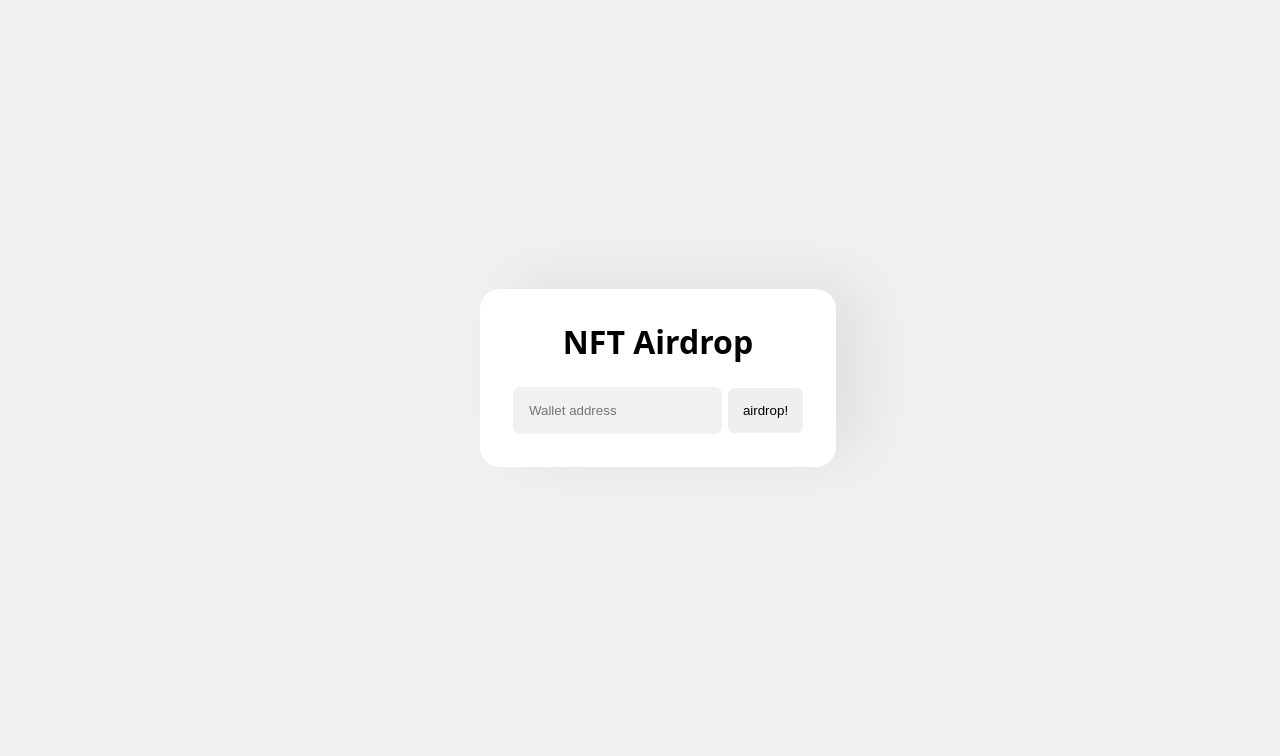
Repository: langf00rd/nft-airdropper
Page: /
The author's editor kept a copy of each file at every save. The page is drawn from the files as they stood at one save, then again after the next save.
The browser window is 1280 px wide. The pictures show the whole page.
The project was rebuilt for these pictures with package versions that can differ from the ones it lists, and the page was loaded fresh each time.

Above is the page before, as saved 2022-07-15 17:23:24.

After the next save:
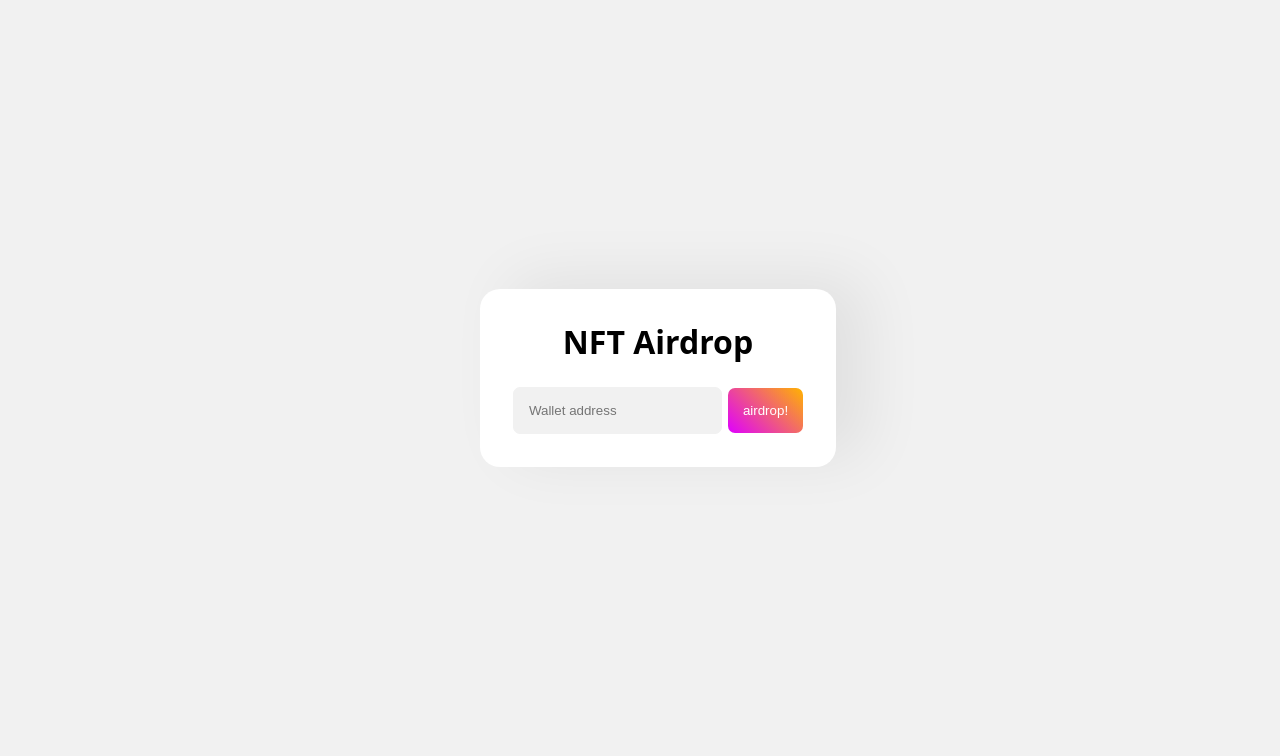
Saved 70 s later.
--- a/src/index.css
+++ b/src/index.css
@@ -42,4 +42,6 @@ input {
 
 button {
   cursor: pointer;
+  color: #fff;
+  background: linear-gradient(45deg, #df00ff, #ffb300);
 }
